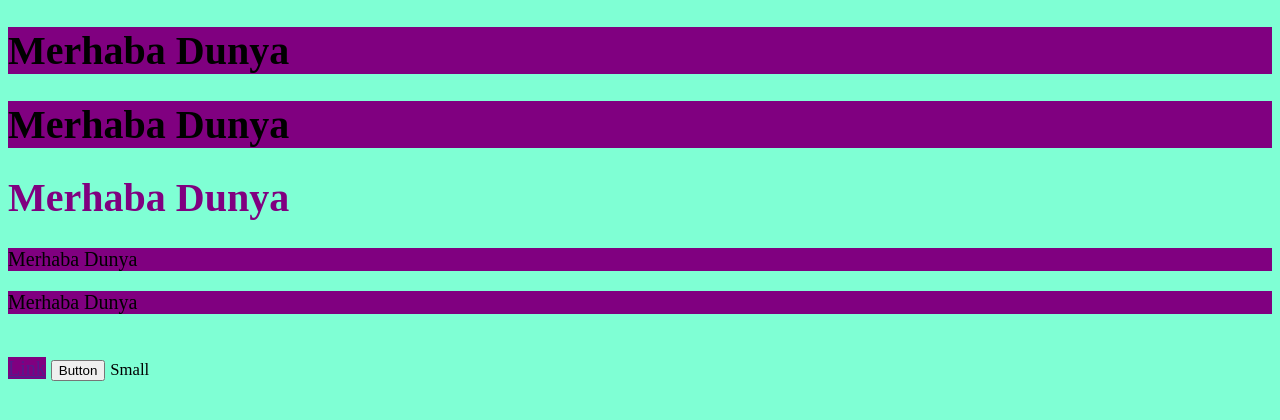
Repository: Kubraaygun/Html_Css_Login
Page: index.html
These files come from the project's save history. The page is drawn as it stood at one moment and after the next save; the edit follows.
The browser window is 1280 px wide. The pictures show the whole page.

Above is the page before, as saved 2025-03-04 17:31:13.

### index.html
<!DOCTYPE html>
<html lang="en">
  <head>
    <meta charset="UTF-8" />
    <meta name="viewport" content="width=device-width, initial-scale=1.0" />
    <title>HTML</title>

    <style>
      body {
        font-size: 20px;
        background-color: aquamarine;
      }
      .h1 {
        background-color: purple;
      }
      #h1 {
        color: purple;
      }
    </style>
  </head>

  <body>
    <!-- Block Elementler -->
    <h1 class="h1">Merhaba Dunya</h1>
    <h1 class="h1">Merhaba Dunya</h1>
    <h1 id="h1">Merhaba Dunya</h1>
    <div class="h1">Merhaba Dunya</div>
    <p class="h1">Merhaba Dunya</p>
    <!-- Inline Elementler -->
    <br />
    <a class="h1" href="">Link</a>
    <button>Button</button>
    <small>Small</small>
  </body>
</html>

After the next save:
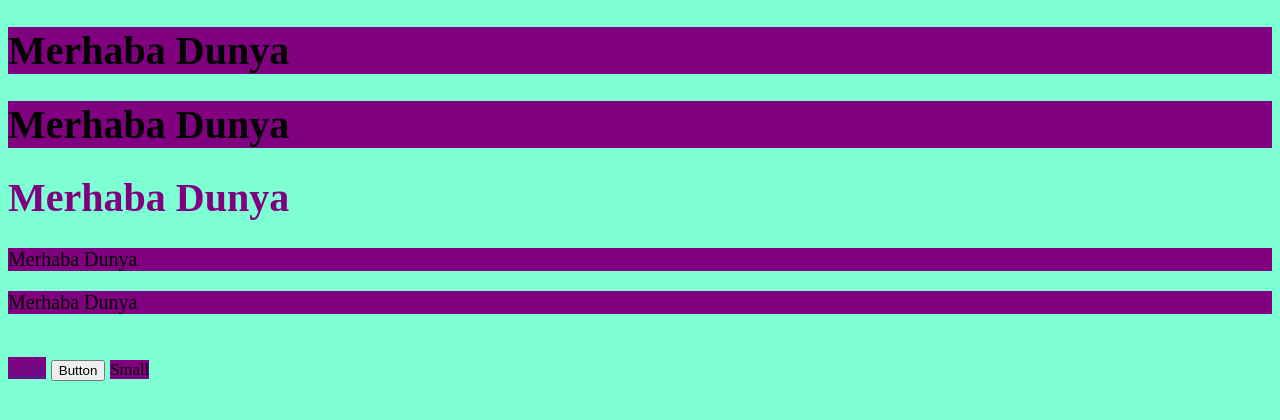
Saved 8 s later.
--- a/index.html
+++ b/index.html
@@ -30,6 +30,6 @@
     <br />
     <a class="h1" href="">Link</a>
     <button>Button</button>
-    <small>Small</small>
+    <small class="h1">Small</small>
   </body>
 </html>
